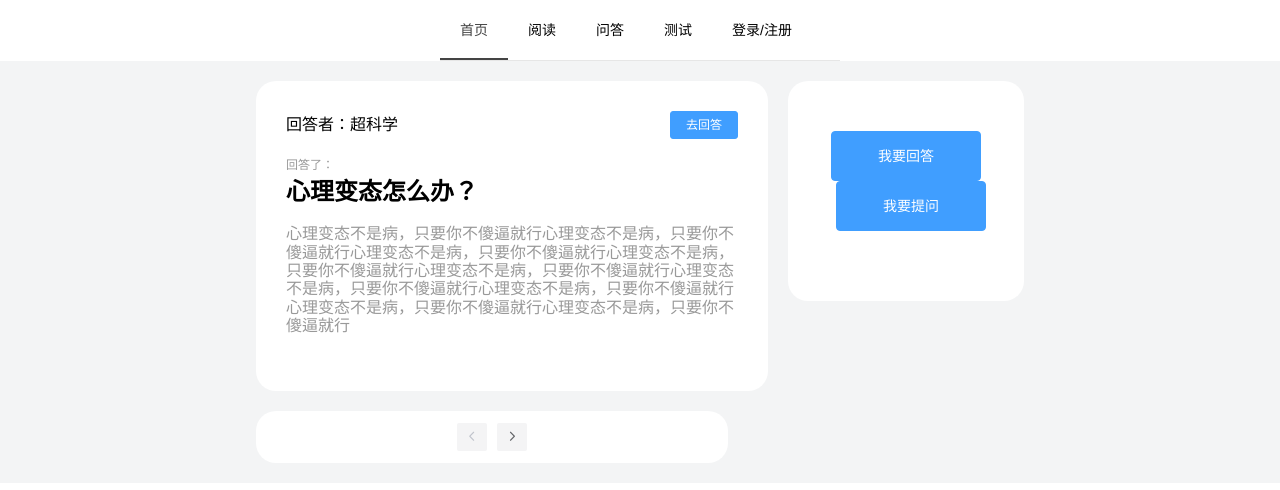
Repository: shengligo/xyx_vue_v1
Page: /qs
An editor plug-in stored every save of this project. The page is shown before and after the next save, followed by the edit.
The browser window is 1280 px wide. The pictures show the whole page.
The page's requests for data from a server got no answer. The project was rebuilt for these pictures with package versions that can differ from the ones it lists, and the page was loaded fresh each time. No one was signed in, and anything a server would have sent is missing. Also part of the build but not shown: vue.config.js, src/views/home/childComps/Art.vue, src/views/author/authors.vue, src/views/questions/QuestionDetail.vue.

Above is the page before, as saved 2021-09-04 17:21:50.

### public/index.html
<!DOCTYPE html>
<html lang="">
  <head>
    <meta charset="utf-8">
    <meta http-equiv="X-UA-Compatible" content="IE=edge">
    <meta name="viewport" content="width=device-width,initial-scale=1.0">
    <link rel="icon" href="<%= BASE_URL %>favicon.ico">
    <title>project0000001</title>
  </head>
  <body>
    <noscript>
      <strong>We're sorry but <%= htmlWebpackPlugin.options.title %> doesn't work properly without JavaScript enabled. Please enable it to continue.</strong>
    </noscript>
    <div id="app"></div>
    <!-- built files will be auto injected -->
  </body>
</html>

### src/main.js
import Vue from 'vue'
import App from './App.vue'
import router from './router'
import store from './store'
import 'element-ui/lib/theme-chalk/index.css';
import axios from "axios";
axios.defaults.baseURL = "/api"; // http://10.1.2.85:8091/essay
axios.defaults.headers.common["Content-Type"] ="application/json;charset=UTF-8";
axios.defaults.withCredentials = true // 表示跨域请求时是否需要使用凭证
Vue.prototype.$ajax = axios;
import ElementUI from 'element-ui'

Vue.config.productionTip = false
Vue.use(ElementUI)

new Vue({
  router,
  store,
  render: h => h(App)
}).$mount('#app')

### src/App.vue
<template>
  <div id="app">
    <nav-bar ></nav-bar>
    <!-- <carousel></carousel> -->
    <!-- <art></art> -->


    <router-view></router-view>

  </div>
</template>
<script>

import NavBar from './components/common/NavBar'
import Art from '@/views/home/childComps/Art'
// import Carousel from '@/components/common/Carousel'


export default {
  name: "app",
  components:{
    NavBar,
    Art,




  }
};
</script>



<style>
@import url('assets/css/normalize.css');
#app{
  font-family: "Helvetica Neue",Helvetica,"PingFang SC","Hiragino Sans GB","Microsoft YaHei","微软雅黑",Arial,sans-serif;
}



</style>

### src/router/index.js

import Vue from 'vue'
import VueRouter from 'vue-router'
import Write from '../views/author/authors.vue'
import quesDetail from '../views/questions/QuestionDetail.vue'

const Home = () => import('../views/home/Home')

const Question = () => import('../views/questions/Question')
const Read = () => import('../views/read/Read')
const ReadDetail = () => import('../views/read/ReadDetail')
const Test = () => import('../views/testing/Test')
const Login = () => import('../components/common/login/Login')
const originalPush = VueRouter.prototype.push

VueRouter.prototype.push = function push(location) {
  return originalPush.call(this, location).catch(err => err)
}
// fksdljfkjdsjflsdjlfja
Vue.use(VueRouter)

const routes = [
  {
    path: '/',
    name: 'Home',
    component: Home
  },
  {
    path: '/write',
    component: Write
  },
  // {
  //   path: '/home',
  //   name: 'Home',
  //   component: Home
  // },
  {
    path: '/quesDetail/:id',
    name: 'quesDetail',
    component: quesDetail
  },
  {
    path:'/qs',
    name:'Qs',
    component:Question
  },
  {
    path:'/read',
    name:'Read',
    component:Read,
  },
  {
    path: '/ReadDetail',
      name: 'ReadDetail',
      component:ReadDetail,
  },
  {
    path:'/test',
    name:'Test',
    component:Test
  },
  {
    path:'/login',
    name:'Login',
    component:Login
  }
]

const router = new VueRouter({
  mode: 'history',
  base: process.env.BASE_URL,
  routes
})

export default router

### src/store/index.js
import Vue from 'vue'
import Vuex from 'vuex'

Vue.use(Vuex)

export default new Vuex.Store({
  state: {
    activeIndex:'1',
    baceUrl: 'http://10.1.2.85:8091/'
  },
  mutations: {
    ChangeActive (state,index) {
      // console.log(state,index)
      state.activeIndex = index
    }
  },
  actions: {
  },
  modules: {
  }
})

### src/components/common/NavBar.vue
<template>
  <div>
     <div class="nav">

       <el-menu
          :default-active="$store.state.activeIndex"
          class="el-menu-demo"
          mode="horizontal"
          text-color="#000000"
          active-text-color="#444444"
        >
          <el-menu-item index="1" @click="itemclick">首页</el-menu-item>
          <el-menu-item index="2" @click="itemclick2">阅读</el-menu-item>
          <el-menu-item index="3" @click="itemclick3">问答</el-menu-item>
          <el-menu-item index="4" @click="itemclick4">测试</el-menu-item>
          <el-menu-item index="5" @click="itemclick5">登录/注册</el-menu-item>
        </el-menu>

     </div>

  </div>
</template>

<script>


export default {

  name: "navbar",
  data() {
    return {
    }
  },
  methods:{
    itemclick(){
      console.log('itemclick');
      this.$router.push("/")
    },
    itemclick2(){
      this.$router.push("/read")
    },
    itemclick3(){
      this.$router.push("./qs")
    },
    itemclick4(){
      this.$router.push('./test')
    },
    itemclick5(){
      this.$router.push('/login')
    }

  },

};
</script>

<style scoped>
.nav{

  margin: 0 auto;
  /* background-color: rgba(217, 221, 221, 0.918);
   */
   /* background-color: #5880A9; */
  padding: 0;


}
.nav>.el-menu{
  width: 400px;
  margin: 0 auto;
  /* background-color: rgba(217, 221, 221, 0.918); */
}

</style>

### src/views/questions/Question.vue
<template>
  <div id="question">
    <div class="bodyCenter">
      <div class="bodyright">
        <div v-for="(item, index) in results" :key="index" class="rightbox" @click="goAnswer(item.quizId)">
          <div>
            <div class="answerer">
              <span>回答者：{{ item.answerer }}</span>
              <el-button type="primary" size="mini">去回答</el-button>
            </div>
            <div class="time">{{item.createTime}} 回答了：</div>
            <h2 class="title">{{ item.title }}</h2>
            <div class="answerContent">{{ item.answerContent }}</div>
          </div>
        </div>
        <div class="pagination">
          <el-pagination background layout="prev, pager, next" :total="total">
          </el-pagination>
        </div>
      </div>


      <div class="bodyleft">
        <div class="leftbox">
          <div class="leftboxbutton">
            <el-button type="primary">我要回答</el-button>
            <el-button type="primary">我要提问</el-button>
          </div>
        </div>
      </div>
    </div>
  </div>
</template>

<script>
export default {
  name: "question",
  data() {
    return {
      total:'',
      results: [
        {
          title: "心理变态怎么办？",
          quizzer: "花开富贵",
          quizContent: "心理超级变态是不是没救了",
          quizType: null,
          status: null,
          label: null,
          total:10,
          answerer: "超科学",
          answerContent:
            "心理变态不是病，只要你不傻逼就行心理变态不是病，只要你不傻逼就行心理变态不是病，只要你不傻逼就行心理变态不是病，只要你不傻逼就行心理变态不是病，只要你不傻逼就行心理变态不是病，只要你不傻逼就行心理变态不是病，只要你不傻逼就行心理变态不是病，只要你不傻逼就行心理变态不是病，只要你不傻逼就行",
          likePoint: 0
        }
      ]
    };
  },
  mounted() {
    this.getData();
  },
  methods: {
    async getData() {
      var params = {
        pageNum:1,
          pageSize:10
      };
      // $ajax请求
      const url = "quiz/getAnswerList";
      await this.$ajax
        .get(url, {params})
        .then(res => {
          const { data } = res;
          console.log(data);
          if (data.code === "000000") {
            // this.$message.success("加载完成");
            this.total = data.totalRecord || 0
            this.results =  data.data.results || []
          } else {
            this.$message.error("暂无权限");
          }
        })
        .catch(() => {
          this.$message.error("网络异常");
        });
    },
    goAnswer(id) {
      this.$router.push(`/quesDetail/${id}`)
    }
  }
};
</script>

<style scoped>
#question {
  width: 100%;
  height: 100%;
  padding-top: 20px;
  background-color: rgb(243, 244, 245);
}
.bodyCenter {
  width: 60%;
  /* height: 500px; */
  margin: 0 auto;
  display: flex;
  /* border: 1px solid red; */
}
.bodyright {
  /* border: 1px solid blue; */
  /* width: 40%; */
  flex: 2;
  /* height: 500px; */
}
.bodyleft {
  /* border: 1px solid blue; */
  /* width: 20%; */
  flex: 1;
  /* height: 500px; */
}
.rightbox {
  height: 250px;
  width: calc(100% - 60px);
  padding: 30px;
  margin-bottom: 20px;
  border-radius: 20px;
  background-color: #fff;
}
.answerer {
  display: flex;
  justify-content: space-between;
  line-height: 28px;
}
.time {
  margin-top: 20px;
  font-size: 12px;
  color: #999;
}
.title {
  margin-top: 5px;
}
.answerContent {
  color: #999;
}
.leftbox {
  margin-left: 20px;
  padding: 50px 10px;
  height: 120px;
  border-radius: 20px;
  background-color: #fff;
}
.leftboxbutton {
  text-align: center;
}
.leftboxbutton button {
  width: 150px;
  height: 50px;
}
.pagination {
  width: calc(100% - 60px);
  padding: 10px;
  text-align: center;
  margin-bottom: 20px;
  border-radius: 20px;
  background-color: #fff;
}
</style>

Loaded but not shown: src/assets/css/normalize.css (library)

After the next save:
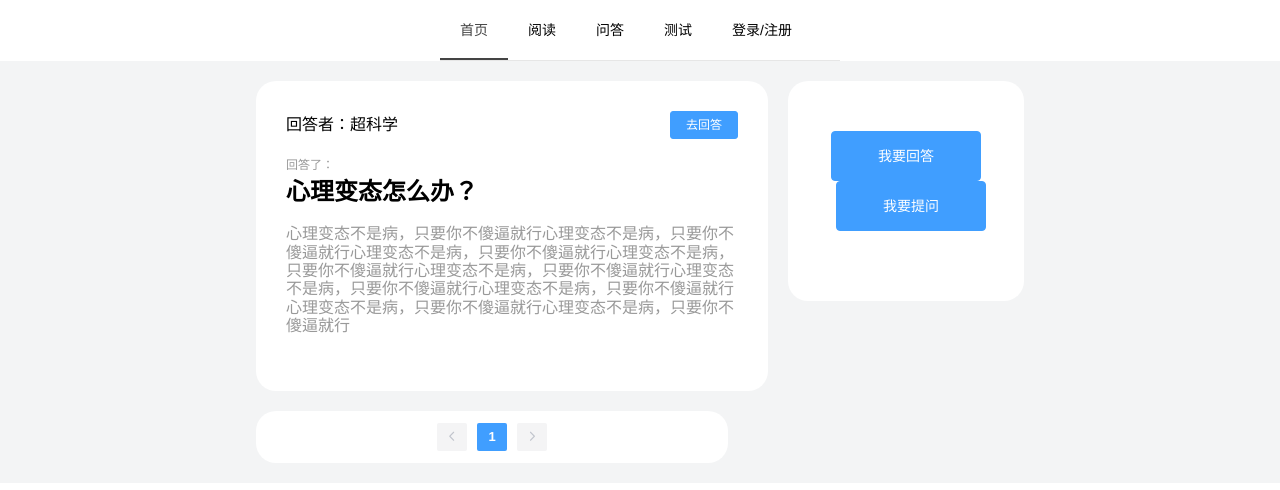
Saved 33 s later.
--- a/src/views/questions/Question.vue
+++ b/src/views/questions/Question.vue
@@ -37,7 +37,7 @@ export default {
   name: "question",
   data() {
     return {
-      total:'',
+      total:1,
       results: [
         {
           title: "心理变态怎么办？",
